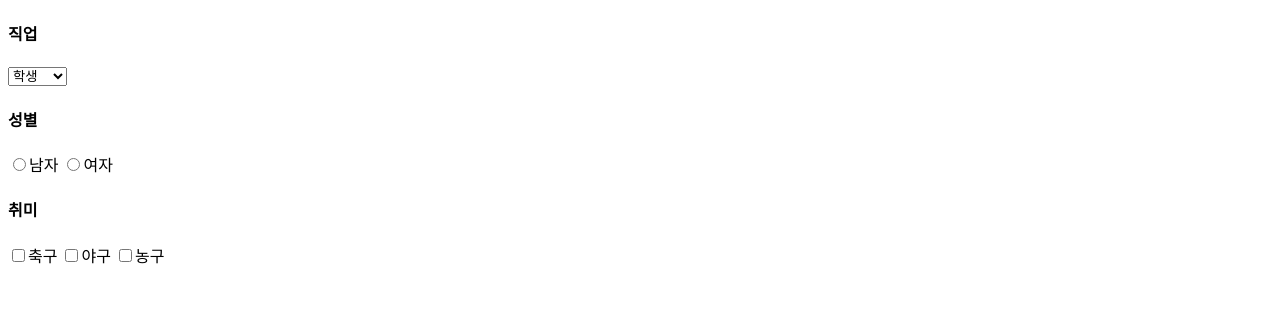
Repository: songhak1226/Web_Server
Page: Ex02GetPost/src/main/webapp/Ex03Parameter.html
An editor plug-in stored every save of this project. The page is shown before and after a run of saves, followed by the edit.
The browser window is 1280 px wide. The pictures show the whole page.

Above is the page before, as saved 2023-05-12 07:05:39.

### Ex02GetPost/src/main/webapp/Ex03Parameter.html
<!DOCTYPE html>
<html>
<head>
<meta charset="UTF-8">
<title>Insert title here</title>
</head>
<body>
	<form action="Ex02" method="get">
		<h4>직업</h4>
		<select name="job"> <!-- 선택지 중 하나만 선택가능 -> name은 select 태그에 지정 -->
			<option value="student">학생</option>
			<option value="teacher">선생님</option>
			<option value="developer">개발자</option>
		</select>

		<h4>성별</h4>
		<input type="radio" value="man" name="gender">남자
		<input type="radio" value="woman" name="gender">여자

		<h4>취미</h4>
		<input type="checkbox" name = "hobby" value="soccer">축구
		<input type="checkbox" name = "hobby" value="baseball">야구
		<input type="checkbox" name = "hobby" value="basketball">농구
	</form>
</body>
</html>

After the next 3 saves:
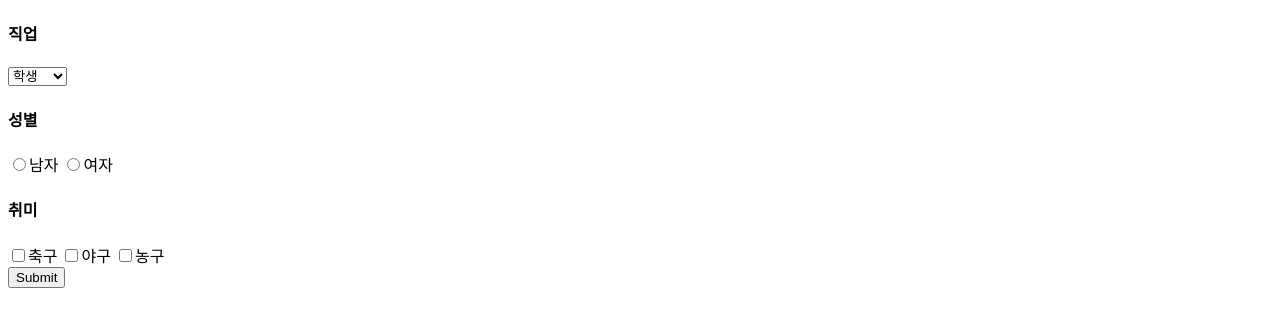
The 3 saves are shown as one change because they came seconds apart.
The last was saved 51 s later.
--- a/Ex02GetPost/src/main/webapp/Ex03Parameter.html
+++ b/Ex02GetPost/src/main/webapp/Ex03Parameter.html
@@ -21,6 +21,9 @@
 		<input type="checkbox" name = "hobby" value="soccer">축구
 		<input type="checkbox" name = "hobby" value="baseball">야구
 		<input type="checkbox" name = "hobby" value="basketball">농구
+
+		<br>
+		<input type="submit">
 	</form>
 </body>
 </html>
